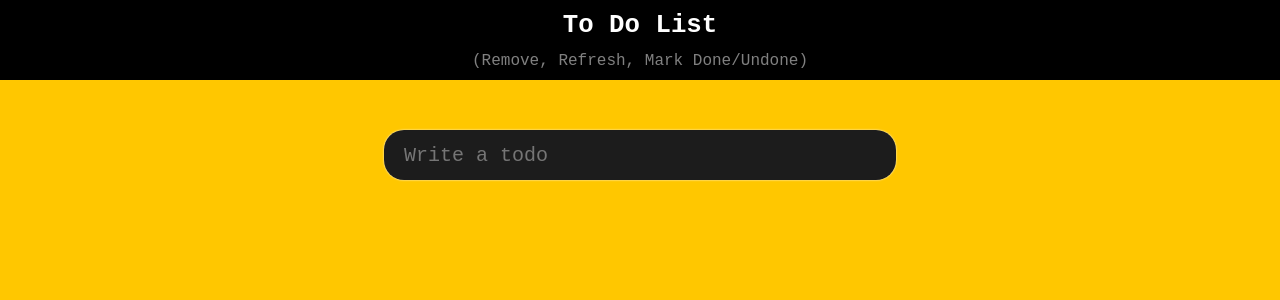
Repository: ThisIsSahaj/Js-Projects
Page: ToDoList/index.html
The author's editor kept a copy of each file at every save. The page is drawn from the files as they stood at one save, then again after the next save.
The browser window is 1280 px wide. The pictures show the whole page.

Above is the page before, as saved 2024-04-24 09:37:50.

### ToDoList/index.html
<!DOCTYPE html>
<html lang="en">
<head>
    <meta charset="UTF-8">
    <meta http-equiv="X-UA-Compatible" content="IE=edge">
    <meta name="viewport" content="width=device-width, initial-scale=1.0">
    <title>To Do List</title>
    <link rel="stylesheet" href="style.css">
    <link rel="stylesheet" href="https://cdnjs.cloudflare.com/ajax/libs/font-awesome/6.0.0/css/all.min.css" integrity="sha512-9usAa10IRO0HhonpyAIVpjrylPvoDwiPUiKdWk5t3PyolY1cOd4DSE0Ga+ri4AuTroPR5aQvXU9xC6qOPnzFeg==" crossorigin="anonymous" referrerpolicy="no-referrer" />

</head>
<body>
    <div class="header">
       <h3>To Do List</h3>
        <p>(Remove, Refresh, Mark Done/Undone)</p>
    </div>

    <div class="box">

            <input type="text" placeholder="Write a todo" >
            <ul class="todoBox">

            </ul>

    </div>
</body>

<script src="script.js"></script>
</html>

### ToDoList/style.css
*{
    margin: 0;
    padding: 0;
    box-sizing: border-box;
    outline: none;
}

body{
    /* background-color: #000; */
    background-color: #FFC700;
    display: flex;
    flex-wrap: wrap;
    font-family: monospace;
}

.header{
    width: 100%;
    height: 80px;
    background-color: black;
    color: white;
    display: flex;
    flex-direction: column;
    align-items: center;
    justify-content: center;
    font-family: monospace;
    font-size: 22px;
    gap: 12px;
    /* border: 2px solid blue; */
}

.header p {
    color: grey;
    font-size: 16px;
}

.box{
    /* border: 2px solid red; */
    margin-top: 50px;
    width: 100%;
    display: flex;
    justify-content: center;
    align-items: center;
    flex-direction: column;
}



input{
    width: 40%;
    height: 50px;
    border-radius: 20px;
    color: white;
    padding: 20px;
    font-size: 20px;
    font-family: monospace;
    background-color: rgb(28, 28, 28);
    border: none;
    box-shadow: 0px 0px 2px white;

}

.todoBox{
    /* border: 2px solid red; */
    margin-top: 20px;
    list-style: none;
    width: 40%;
}



.todoBox li {
    position: relative;
    background-color: rgb(34, 34, 34);
    box-shadow: 0px 3px 6px rgba(0, 0, 0, 0.05), 0px 8px 15px rgba(0, 0, 0, 0.1), 0 0 0 1px rgba(255, 255, 255, 0.1);
    padding: 20px;
    border-radius: 15px;



    transition: box-shadow 0.25s;
    /* width: 100%; */
    /* height: 50px; */
    margin: 20px 0px;

    font-size: 16px;
    font-family: monospace;
    color: white;
    padding-right: 45px;
    text-align: justify;
    user-select: none;

}

.todoBox li i {
    color: rgb(142, 142, 142);
    position: absolute;
    right: 20px;
    cursor: pointer;
    /* top: 50%; */
    top: 20px;

}

.done{
    text-decoration: line-through;
    color: grey !important;

}

### ToDoList/script.js
const input = document.querySelector('input');
const todoBox = document.querySelector('.todoBox');



// ✅ LOCAL STORAGE
const updateLS = () => {
    const taskValue = document.querySelectorAll('li');

    const tasks = [];

    taskValue.forEach((curEle) => {
        return tasks.push(curEle.textContent.trim());
    });

    localStorage.setItem('tasks', JSON.stringify(tasks));
}




// ✅ ADD TASK
const addTask = (text) => {
    const task = document.createElement('li');

    const htmlData =
        ` <p>${text}</p>

          <i class="delete fa-regular fa-circle-xmark"></i> `
    task.insertAdjacentHTML('afterbegin', htmlData);
    todoBox.appendChild(task);


    // ✅ DELETE TASK
    const deleteBtn = task.querySelector('i');
    deleteBtn.addEventListener('click', ()=>{
    task.remove();
    updateLS();
    })


    // ✅ Mark a task DONE/UNDONE
    task.addEventListener('click', ()=>{
        task.classList.toggle('done');
    })
}





// ✅ GET THE INPUT
input.addEventListener('keyup', (event)=>{

    // to know which key is being pressed
   // console.log(event.key);

  if (event.key == 'Enter') {

    // to get the value written in input
    // console.log(input.value);

      addTask(input.value);
      updateLS();

      //to clear the value written in input after ENTER
      input.value = "";

    }
})






// ✅ GETTING DATA BACK FROM LOCAL SOTRAGE
const taskAvailable = JSON.parse(localStorage.getItem('tasks'));

if(taskAvailable)
{
    taskAvailable.forEach((curTask) =>
    {
        addTask(curTask);
    })};

After the next save:
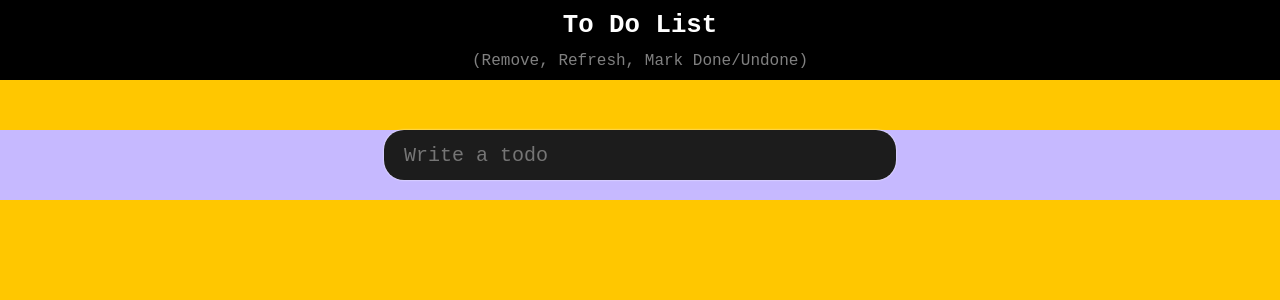
Saved 24 s later.
--- a/ToDoList/style.css
+++ b/ToDoList/style.css
@@ -35,6 +35,7 @@ body{
 
 .box{
     /* border: 2px solid red; */
+    background-color: #C6B9FF;
     margin-top: 50px;
     width: 100%;
     display: flex;
